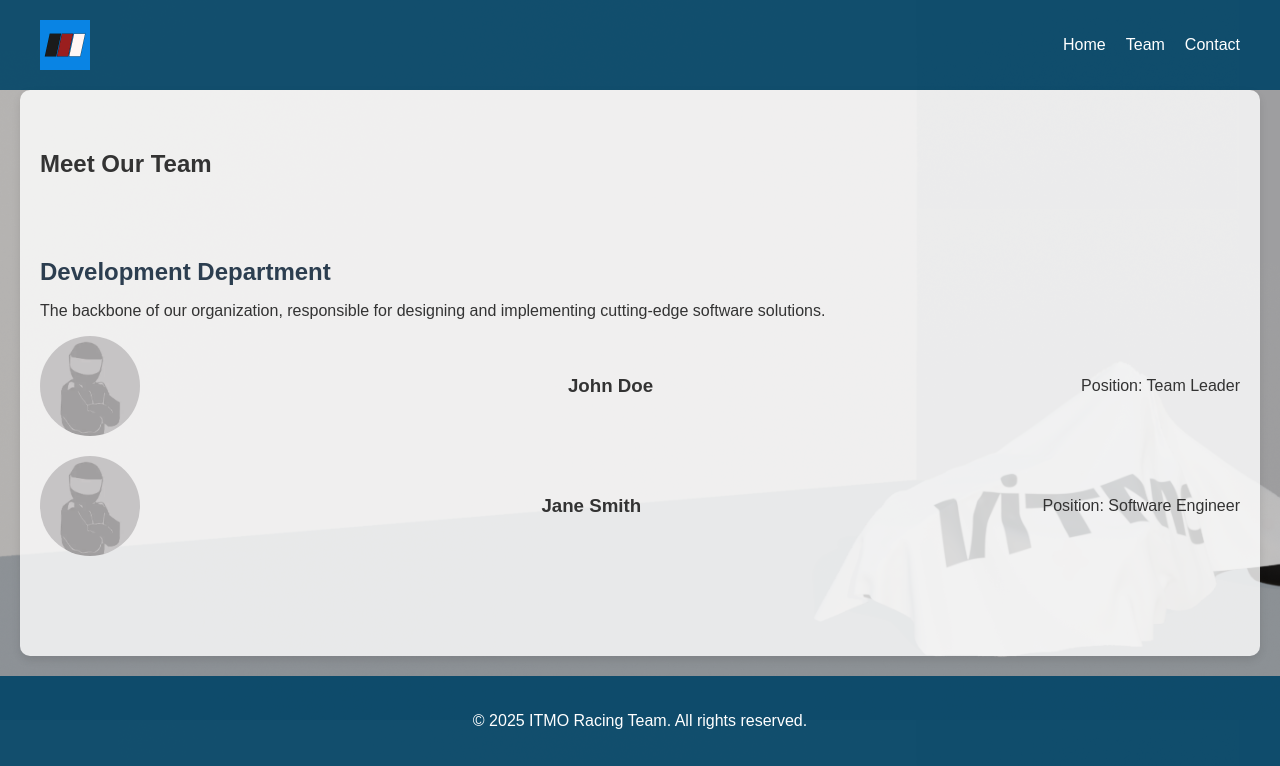
Repository: fs-itmo/fs-itmo.github.io
Page: team.html
The author's editor kept a copy of each file at every save. The page is drawn from the files as they stood at one save, then again after the next save.
The browser window is 1280 px wide. The pictures show the whole page.
Backgrounds fixed to the window are drawn as part of the page.

Above is the page before, as saved 2024-12-30 14:36:46.

After the next save:
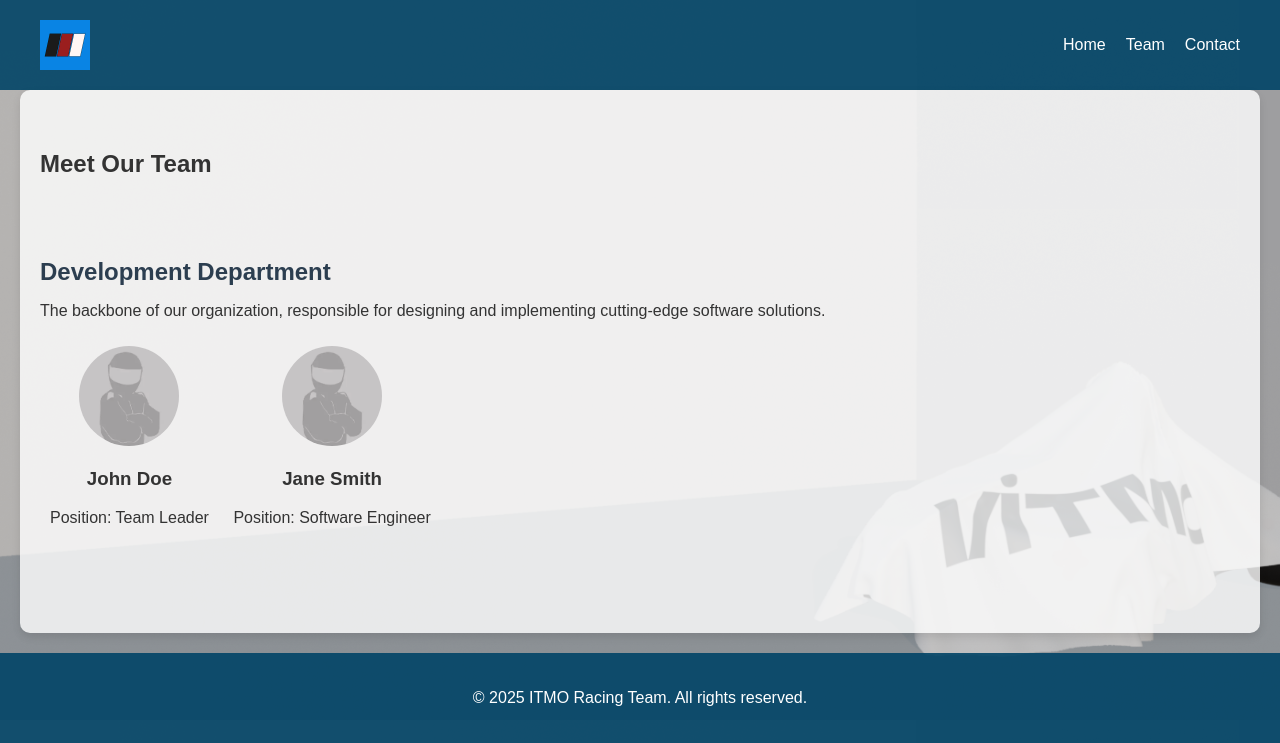
Saved 114 s later.
--- a/css/style.css
+++ b/css/style.css
@@ -92,19 +92,20 @@
     color: #2c3e50;
     margin-bottom: 10px;
 }
+/* Team members layout */
 .team-member {
-    display: flex;
-    align-items: center;
-    justify-content: space-between;
-    gap: 20px;
-    margin-bottom: 20px;
+    display: inline-block; /* Используем inline-block для горизонтального расположения */
+    text-align: center;
+    margin: 10px; /* Добавляем отступы между членами команды */
 }
+
 .team-member img {
-    width: 100px;
+    width: 100px; /* Устанавливаем фиксированный размер изображения */
     height: 100px;
-    border-radius: 50%;
-    object-fit: cover;
+    border-radius: 50%; /* Округление краев изображений */
+    object-fit: cover; /* Обрезка изображения для правильного отображения */
 }
+
 
 /* автопилот
 Новичков Дмитрий
